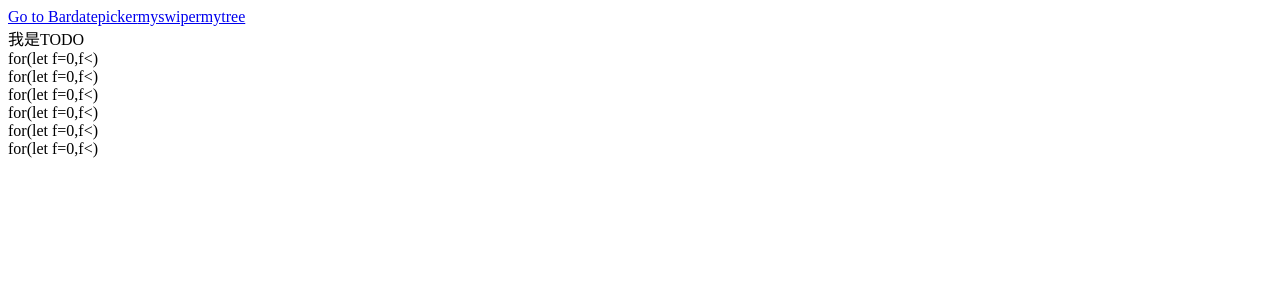
Repository: gu12/vue-hello
Page: /#/todo
The author's editor kept a copy of each file at every save. The page is drawn from the files as they stood at one save, then again after the next save.
The browser window is 1280 px wide. The pictures show the whole page.
The project was rebuilt for these pictures with package versions that can differ from the ones it lists, and the page was loaded fresh each time. Also part of the build but not shown: src/views/Home.vue.

Above is the page before, as saved 2020-04-30 16:58:19.

After the next save:
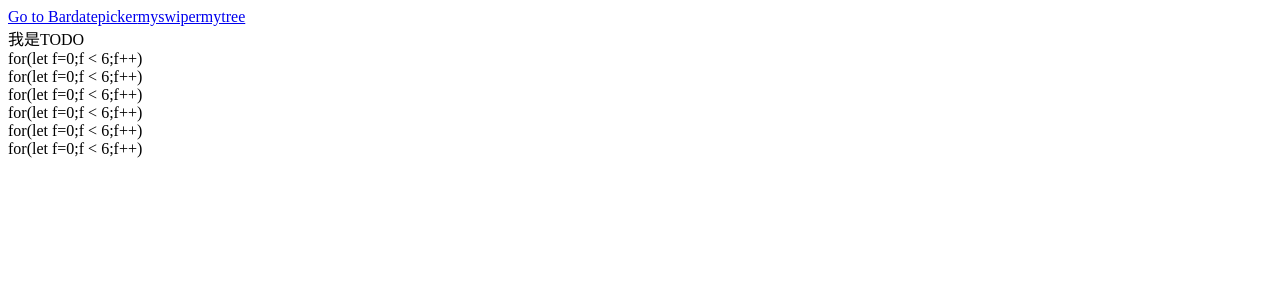
Saved 13 s later.
--- a/src/views/Todo/index.vue
+++ b/src/views/Todo/index.vue
@@ -3,7 +3,7 @@
 我是TODO
 
         <div v-for="i in 6" :key="i">
-            for(let f=0,f<)
+            for(let f=0;f < 6;f++)
             <span v-for="j in i" :key="j"></span>
 
 
